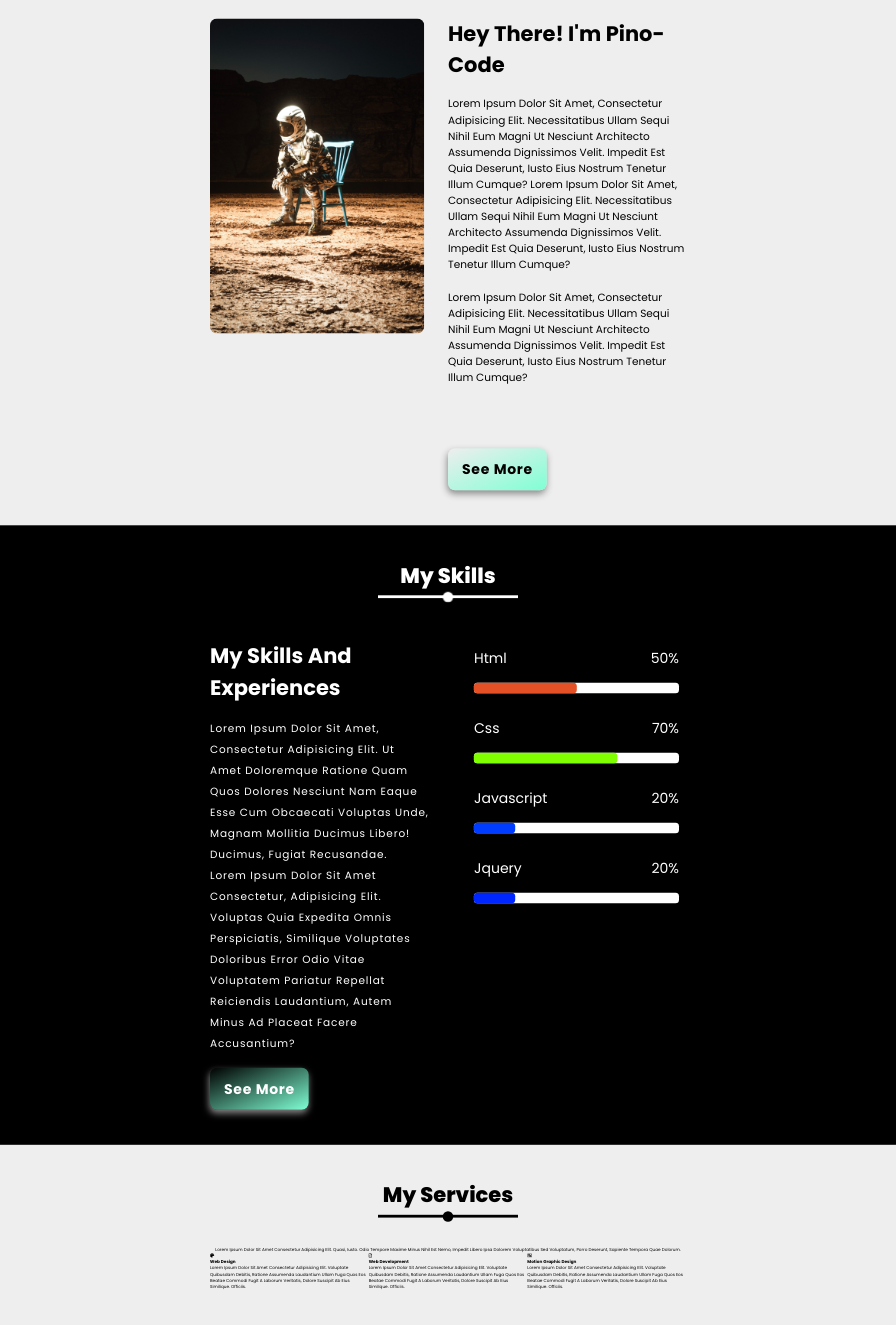
Repository: Pinocoding/New
Page: index.html
The author's editor kept a copy of each file at every save. The page is drawn from the files as they stood at one save, then again after the next save.
The browser window is 1280 px wide. The pictures show the part of the page from y = 859 to 2779 px (the page is 2752 px tall before and 2779 px after), at 70% of full size.
Backgrounds fixed to the window are drawn as part of the page.

Above is the page before, as saved 2021-10-13 23:10:35.

After the next save:
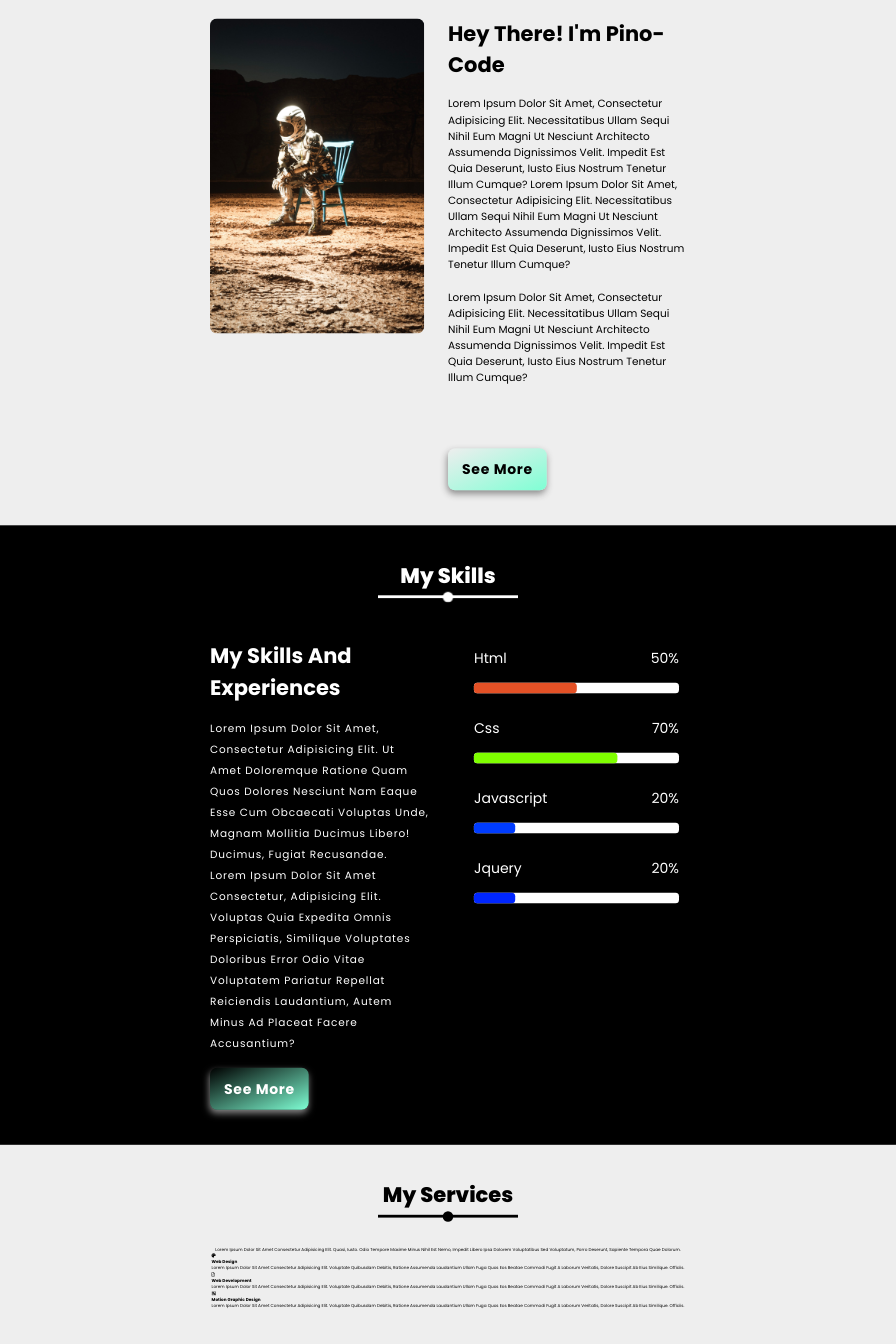
Saved 6 s later.
--- a/style.css
+++ b/style.css
@@ -361,4 +361,5 @@ section {
 .services .content {
   display: flex;
   justify-content: center;
-}
+  flex-wrap: wrap;
+}
